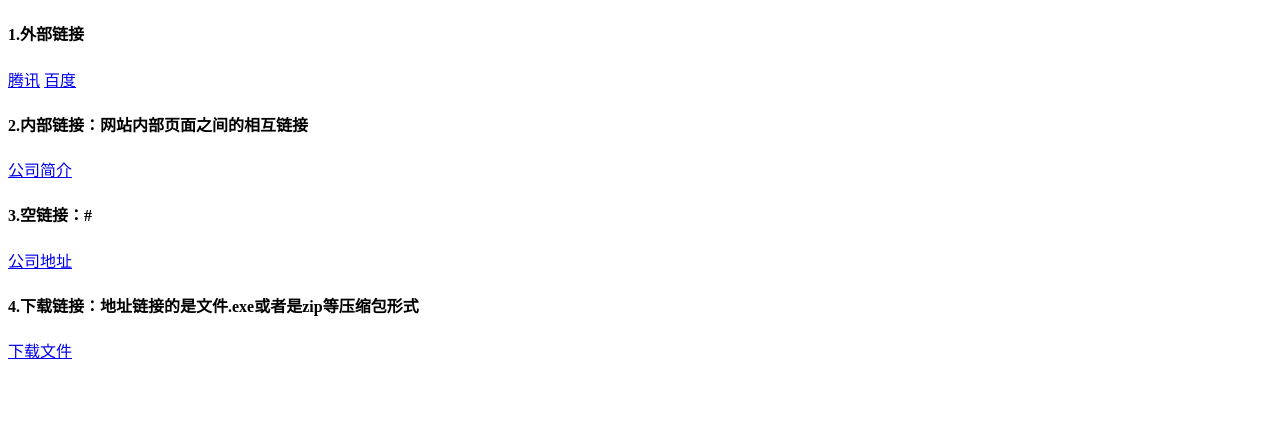
Repository: 129021/Front-end-learning
Page: 14-超链接标签.html
The author's editor kept a copy of each file at every save. The page is drawn from the files as they stood at one save, then again after a run of saves.
The browser window is 1280 px wide. The pictures show the whole page.

Above is the page before, as saved 2021-10-15 15:11:20.

### 14-超链接标签.html
<!DOCTYPE html>
<html lang="en">

<head>
    <meta charset="UTF-8">
    <meta http-equiv="X-UA-Compatible" content="IE=edge">
    <meta name="viewport" content="width=device-width, initial-scale=1.0">
    <title>Document</title>
</head>

<body>
    <h4>1.外部链接</h4>
    <a href="http://www.qq.com/" target="_blank">腾讯</a>
    <a href="http://www.baidu.com/" target=" _blank ">百度</a>
    <h4>2.内部链接：网站内部页面之间的相互链接</h4>
    <a href="gongsijianjie.html" target="_blank"> 公司简介</a>
    <h4>3.空链接：#</h4>
    <a href="#">公司地址</a>
    <h4>4.下载链接：地址链接的是文件.exe或者是zip等压缩包形式</h4>
    <a href="img.rar">下载文件</a>
    <h4></h4>
</body>

</html>

After the next 2 saves:
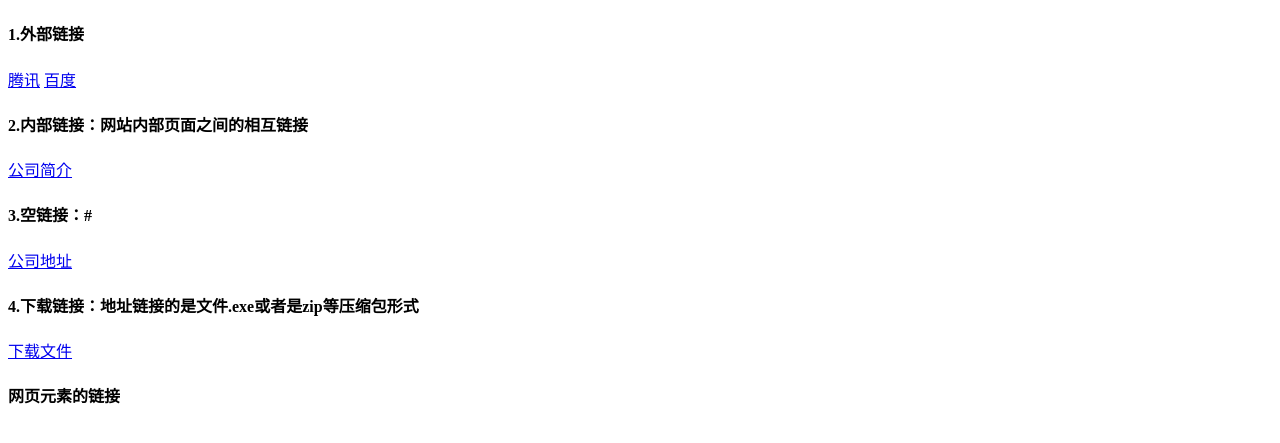
The 2 saves are shown as one change because they came seconds apart.
The last was saved 16 s later.
--- a/14-超链接标签.html
+++ b/14-超链接标签.html
@@ -18,7 +18,8 @@
     <a href="#">公司地址</a>
     <h4>4.下载链接：地址链接的是文件.exe或者是zip等压缩包形式</h4>
     <a href="img.rar">下载文件</a>
-    <h4></h4>
+    <h4>网页元素的链接</h4>
+
 </body>
 
 </html>
